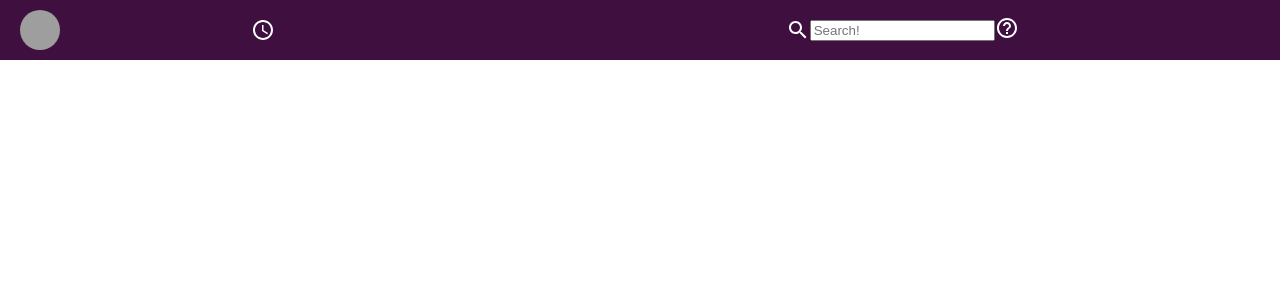
Repository: mminhaz93/React-Slack-Clone
Page: /
An editor plug-in stored every save of this project. The page is shown before and after a run of saves, followed by the edit.
The browser window is 1280 px wide. The pictures show the whole page.
Pictures or frames that could not be fetched are drawn as grey boxes. The project was rebuilt for these pictures with package versions that can differ from the ones it lists, and the page was loaded fresh each time.

Above is the page before, as saved 2020-08-13 20:13:09.

After the next 2 saves:
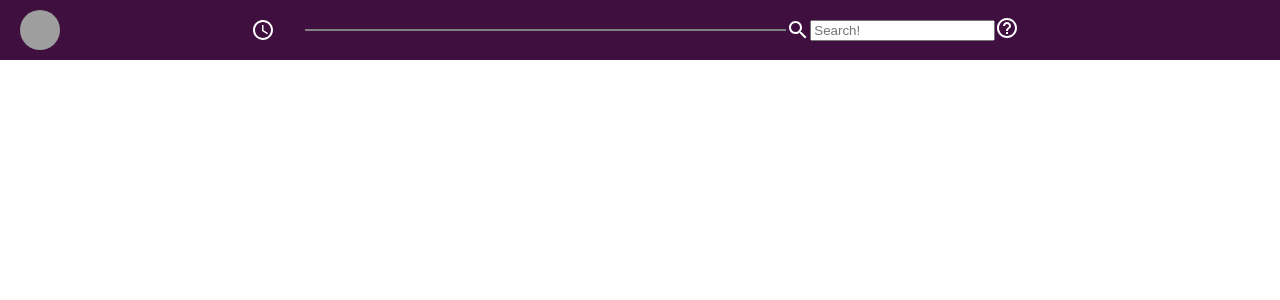
The 2 saves are shown as one change because they came seconds apart.
The last was saved 36 s later.
--- a/src/Header.css
+++ b/src/Header.css
@@ -25,6 +25,8 @@
   text-align: center;
   display: flex;
   padding: 0 50px;
+  color: gray;
+  border: 1px solid gray;
 }
 
 .headerRight {
